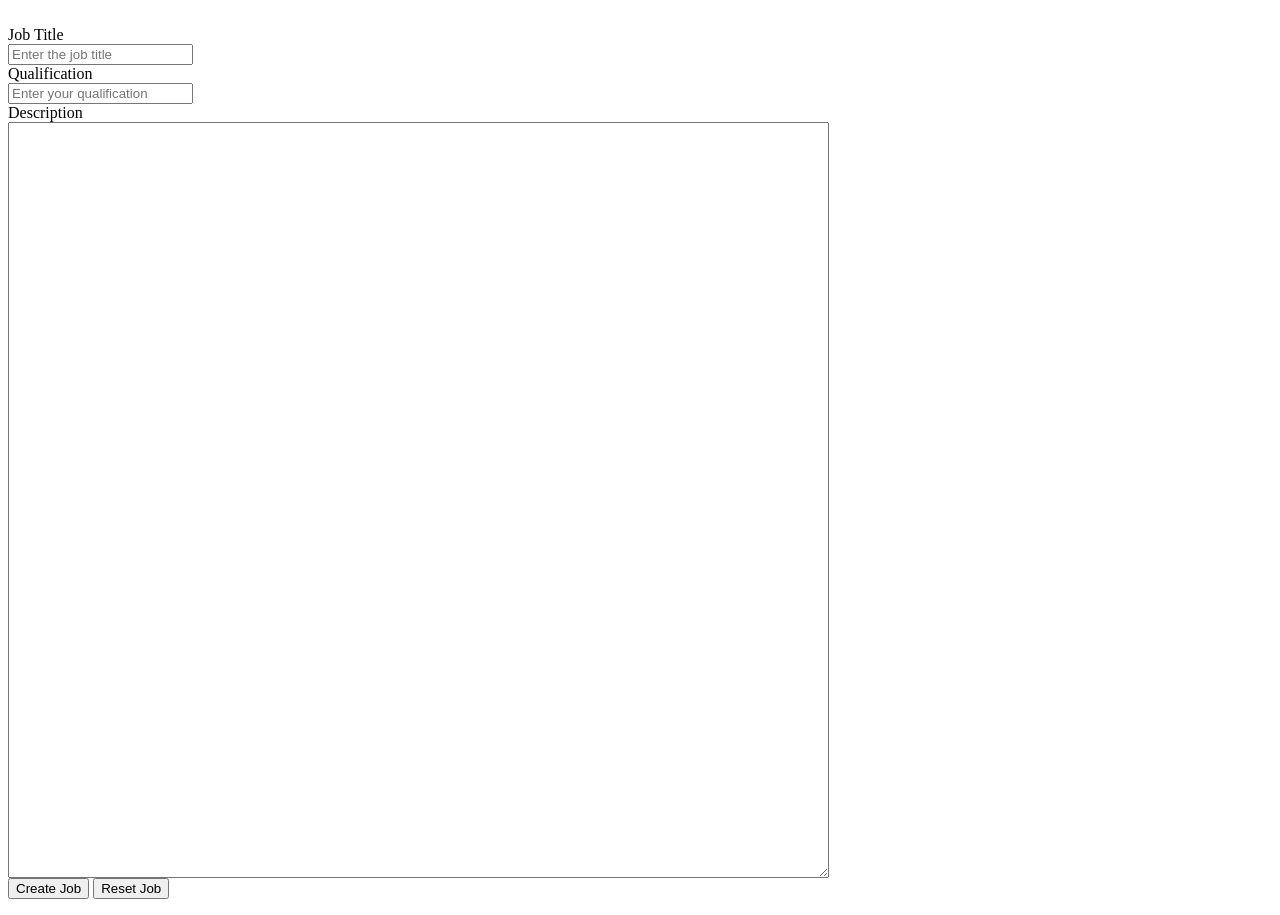
Repository: shailaja1601/collaborative_project
Page: CollabarationFrontEnd/WebContent/job/post_job.html
An editor plug-in stored every save of this project. The page is shown before and after the next save, followed by the edit.
The browser window is 1280 px wide. The pictures show the whole page.

Above is the page before, as saved 2017-02-07 19:31:39.

### CollabarationFrontEnd/WebContent/job/post_job.html
<html>
<head>
<style type="text/css">
.panel{
 border-radius: 20px;
background-color:rgba(255,255,255,0.1);
}

</style>
</head>
<body>

<div data-ng-hide="CurrentUser==''" >
	<div class="generic-container" data-ng-controller="JobController as ctrl">
			<div class="panel">
				<div class="panel-heading" style="color:white">
					<span class="lead">Please fill in the Job Details </span>
				</div>
				<div class="formcontainer">
					<form data-ng-submit="ctrl.submit()" name="myForm"
						class="form-horizontal">

						<div class="row">
							<!-- <div class="form-group col-md-12">
								<label class="col-md-2 control-lable" for="title">Job ID</label>
								<div class="col-md-7">
									<input type="text" data-ng-model="ctrl.job.id" id="id"
										class="title form-control input-sm"
										placeholder="Enter the job id" required data-ng-minlength="3" />
								</div>
							</div> -->
						</div>



						<div class="row">
							<div class="form-group col-md-12">
								<label class="col-md-2 control-lable" for="title">Job Title</label>
								<div class="col-md-7">
									<input type="text" ng-model="ctrl.job.title" id="title"
										class="title form-control input-sm"
										placeholder="Enter the job title" required ng-minlength="3" />
								</div>
							</div>
						</div>


						<div class="row">
							<div class="form-group col-md-12">
								<label class="col-md-2 control-lable" for="qualification">Qualification</label>
								<div class="col-md-7">
									<input type="text" ng-model="ctrl.job.qualification" id="qualification"
										class="title form-control input-sm"
										placeholder="Enter your qualification" required ng-minlength="3" />
								</div>
							</div>
						</div>



						<div class="row">
							<div class="form-group col-md-12">
								<label class="col-md-2 control-lable" for="description">Description</label>
								<div class="col-md-7">
									<textarea rows ="50" cols ="100"
										ng-model="ctrl.job.description" id="description"
										class="form-control input-sm"
										placeholder="Enter Job Description." required>
										</textarea>
								</div>
							</div>
						</div>



						<div class="row">
							<div class="form-actions floatRight">
								<input type="submit" value="Create Job"
									class="btn btn-primary btn-sm">
								<button type="button" ng-click="ctrl.reset()"
									class="btn btn-warning btn-sm">Reset Job</button>
							</div>
						</div>
					</form>
				</div>
			</div>

		</div>
	</div>


</body>
</html>

After the next save:
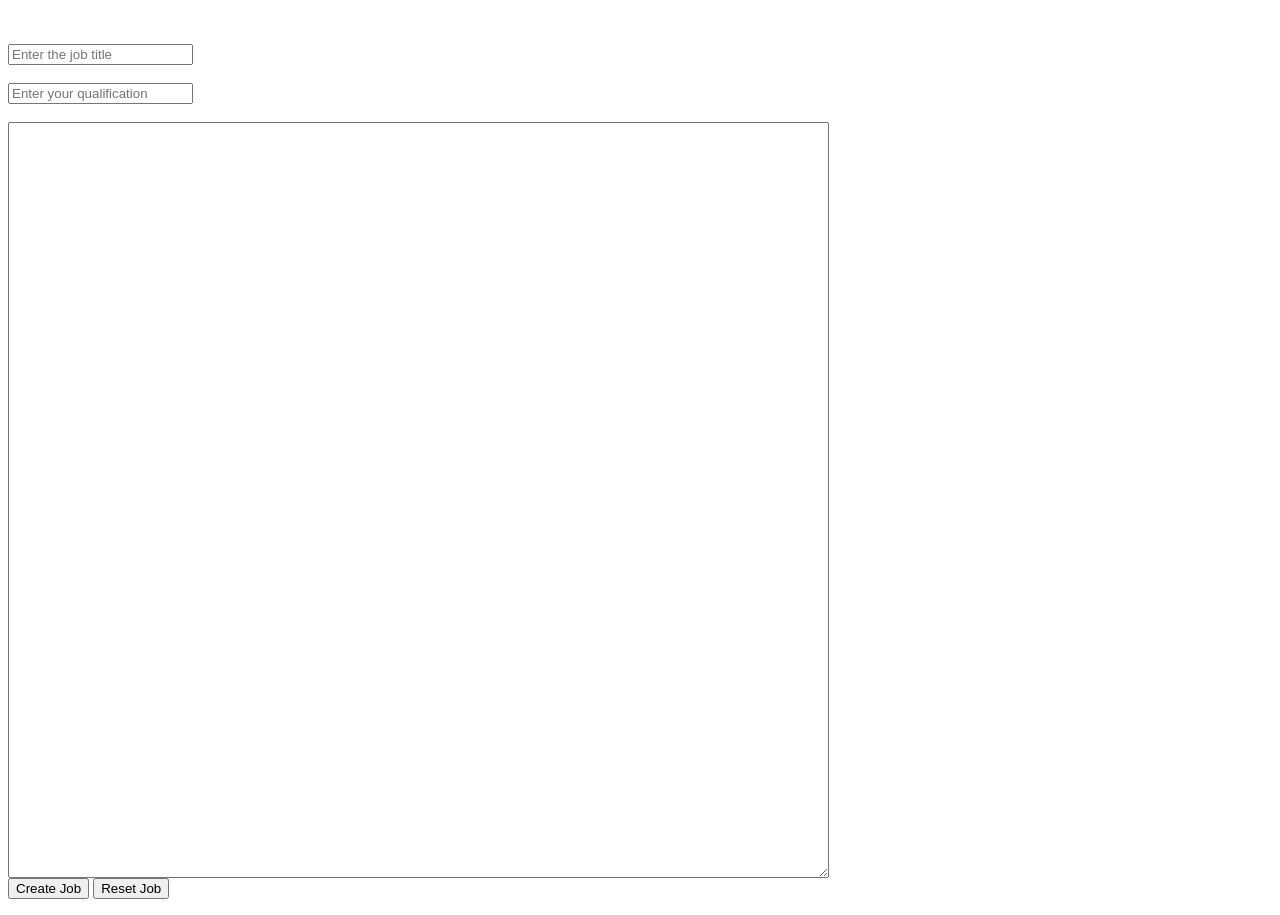
Saved 30 s later.
--- a/CollabarationFrontEnd/WebContent/job/post_job.html
+++ b/CollabarationFrontEnd/WebContent/job/post_job.html
@@ -35,7 +35,7 @@ background-color:rgba(255,255,255,0.1);
 
 						<div class="row">
 							<div class="form-group col-md-12">
-								<label class="col-md-2 control-lable" for="title">Job Title</label>
+								<label class="col-md-2 control-lable" for="title" style="color:white">Job Title</label>
 								<div class="col-md-7">
 									<input type="text" ng-model="ctrl.job.title" id="title"
 										class="title form-control input-sm"
@@ -47,7 +47,7 @@ background-color:rgba(255,255,255,0.1);
 
 						<div class="row">
 							<div class="form-group col-md-12">
-								<label class="col-md-2 control-lable" for="qualification">Qualification</label>
+								<label class="col-md-2 control-lable" for="qualification" style="color:white">Qualification</label>
 								<div class="col-md-7">
 									<input type="text" ng-model="ctrl.job.qualification" id="qualification"
 										class="title form-control input-sm"
@@ -60,7 +60,7 @@ background-color:rgba(255,255,255,0.1);
 
 						<div class="row">
 							<div class="form-group col-md-12">
-								<label class="col-md-2 control-lable" for="description">Description</label>
+								<label class="col-md-2 control-lable" for="description" style="color:white">Description</label>
 								<div class="col-md-7">
 									<textarea rows ="50" cols ="100"
 										ng-model="ctrl.job.description" id="description"
